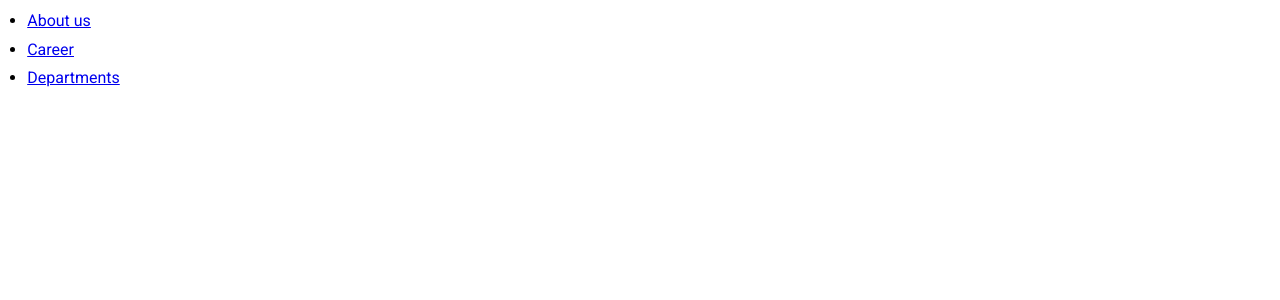
Repository: Hassanine-jaouadi/docplanner
Page: doc-panner.html
The author's editor kept a copy of each file at every save. The page is drawn from the files as they stood at one save, then again after the next save.
The browser window is 1280 px wide. The pictures show the whole page.
Some web libraries are served in a nearby version.

Above is the page before, as saved 2020-01-16 15:28:20.

### doc-panner.html
<!DOCTYPE html>
<html lang="en">
<!--  the head -->

<head>
    <title> Docplanner Group </title>
    <meta charset="UTF-8">
    <meta name="viewport" content="width=device-width, initial-scale=1.0">
    <link rel="stylesheet" href="style.css">
    <link rel="icon" href="file:///Users/hjaouadi/Documents/Wistia/Doc-planner/it.docplanner-w130.png" type="image/gif"
        sizes="16x16">

    <script src="https://kit.fontawesome.com/7e294a499a.js" crossorigin="anonymous"></script>
    <link href="https://fonts.googleapis.com/css?family=Roboto&display=swap" rel="stylesheet">

</head>

<!--  the body -->

<body>
    <nav class="main-header">
        <ul class="nav-menu">

            <li> <a href="https://www.docplanner.com/about-us" class="is-current" class="main-menu"> About us</a> </li>
            <li>
                <a href="https://www.docplanner.com/career" class="main-menu">Career</a>
            </li>
            <li>
                <a href="https://www.docplanner.com/departments" class="main-menu">Departments</a>
            </li>


        </ul>
    </nav>


</body>

</html>

### style.css
html,body
{
    width: 100%;
    height: 100%;
    margin: 0px;
    padding: 0px;
    overflow-x: hidden;
}

* {
    box-sizing: border-box;
    margin: 0;
    font-family: 'Roboto', sans-serif;
    background-color: ffff;
    line-height: 1.8 ;

}

/* customizing the nave bar */

.main-header {
    display: flex;
    flex:1;
}

nav {
    display: inline-block;
    position: relative;
    cursor: default;
    z-index: 500;
    display: flex;
    align-items: center;
    text-align: left;
    box-sizing: border-box;
    width: 100%;
    margin: 20px -1vw;
    height: 60px;
}

/* Menu List */
.nav > li {
    display: block;
    flex: 1;
}

/* Menu Links */
.nav > li > a {
    position: relative;
    display: block;
    z-index: 510;
    height: 54px;
    padding: 0 20px;
    line-height: 54px;


    font-family: 'Roboto', sans-serif;
    font-weight: bold;
    font-size: 15px;
    color:#717d8f;
    text-shadow: 0 0 1px rgba(0,0,0,.35);

    background: red;


    -webkit-transition: all .3s ease;
    -moz-transition: all .3s ease;
    -o-transition: all .3s ease;
    -ms-transition: all .3s ease;
    transition: all .3s ease;
}

After the next save:
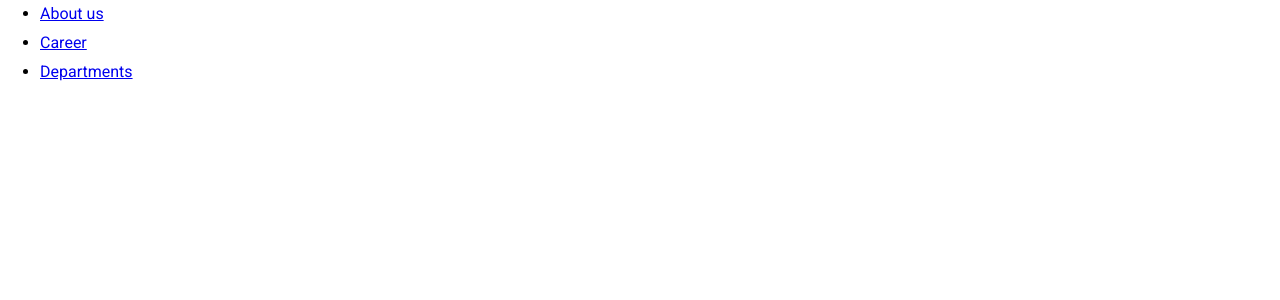
Saved 67 s later.
--- a/style.css
+++ b/style.css
@@ -16,14 +16,7 @@ html,body
 
 }
 
-/* customizing the nave bar */
-
-.main-header {
-    display: flex;
-    flex:1;
-}
-
-nav {
+.nav {
     display: inline-block;
     position: relative;
     cursor: default;
@@ -37,34 +30,7 @@ nav {
     height: 60px;
 }
 
-/* Menu List */
-.nav > li {
-    display: block;
-    flex: 1;
+
+.nav-menu {
+
 }
-
-/* Menu Links */
-.nav > li > a {
-    position: relative;
-    display: block;
-    z-index: 510;
-    height: 54px;
-    padding: 0 20px;
-    line-height: 54px;
-
-
-    font-family: 'Roboto', sans-serif;
-    font-weight: bold;
-    font-size: 15px;
-    color:#717d8f;
-    text-shadow: 0 0 1px rgba(0,0,0,.35);
-
-    background: red;
-
-
-    -webkit-transition: all .3s ease;
-    -moz-transition: all .3s ease;
-    -o-transition: all .3s ease;
-    -ms-transition: all .3s ease;
-    transition: all .3s ease;
-}
